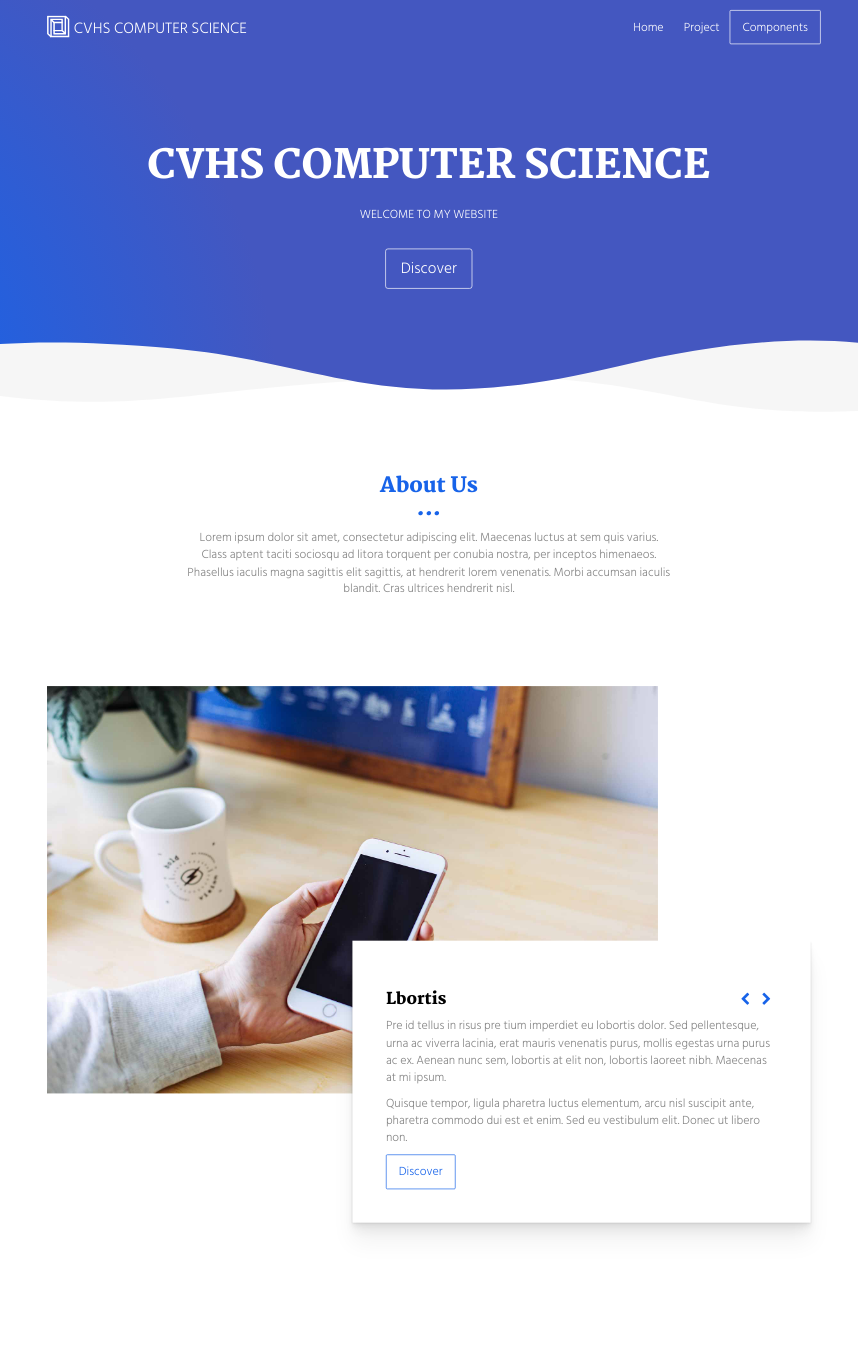
Repository: KevinBach02/KevinBach02.github.io
Page: index.html
The author's editor kept a record of every edit. The page is drawn from the files as they stood at one moment, then again after the next edit.
The browser window is 1280 px wide. The pictures show the whole page, at 67% of full size.

Above is the page before.

### index.html
<!DOCTYPE html>
<html lang="en">

<head>
  <meta charset="UTF-8">
  <meta content="IE=edge" http-equiv="X-UA-Compatible">
  <meta content="width=device-width,initial-scale=1" name="viewport">
  <meta content="description" name="description">
  <meta name="google" content="notranslate" />
  <meta content="Mashup templates have been developped by Orson.io team" name="author">

  <!-- Disable tap highlight on IE -->
  <meta name="msapplication-tap-highlight" content="no">


  <link rel="apple-touch-icon" sizes="180x180" href="./assets/apple-icon-180x180.png">
  <link href="./assets/favicon.ico" rel="icon">

  <link href="" rel="stylesheet">


  <title>Title page</title>

<link href="./main.550dcf66.css" rel="stylesheet"></head>

<body> <!-- Add your content of header -->
<header>
  <nav class="navbar navbar-default active">
    <div class="container">
      <div class="navbar-header">
        <button type="button" class="navbar-toggle collapsed" data-toggle="collapse" data-target="#navbar-collapse" aria-expanded="false">
          <span class="sr-only">Toggle navigation</span>
          <span class="icon-bar"></span>
          <span class="icon-bar"></span>
          <span class="icon-bar"></span>
        </button>
        <a class="navbar-brand" href="./index.html" title="">
          <img src="./assets/images/mashup-icon.svg" class="navbar-logo-img" alt="">
          CVHS COMPUTER SCIENCE
        </a>
      </div>

      <div class="collapse navbar-collapse" id="navbar-collapse">
        <ul class="nav navbar-nav navbar-right">
          <li><a href="./index.html" title="">Home</a></li>
          <li><a href="./project.html" title="">Project</a></li>
          <li>
            <p>
              <a href="./components.html" class="btn btn-default navbar-btn" title="">Components</a>
            </p>
          </li>

        </ul>
      </div>
    </div>
  </nav>
</header>

<!-- Add your site or app content here -->
  <div class="hero-full-container background-image-container white-text-container">
    <div class="container">
      <div class="row">
        <div class="col-xs-12">
          <h1>CVHS COMPUTER SCIENCE</h1>
          <p>WELCOME TO MY WEBSITE</p>
          <br>
          <a href="./project.html" class="btn btn-default btn-lg" title="">Discover</a>
        </div>
      </div>
    </div>
  </div>

  <div class="section-container">
    <div class="container">
      <div class="row">
        <div class="col-xs-12 col-md-8 col-md-offset-2">
          <div class="text-center">
            <h2>About Us</h2>
            <p>Lorem ipsum dolor sit amet, consectetur adipiscing elit. Maecenas luctus at sem quis varius.
            <br>
            Class aptent taciti sociosqu ad litora torquent per conubia nostra, per inceptos himenaeos. Phasellus iaculis magna sagittis elit sagittis, at hendrerit lorem venenatis. Morbi accumsan iaculis blandit. Cras ultrices hendrerit nisl.</p>
          </div>
       </div>
      </div>
    </div>
  </div>

  <div class="section-container">
    <div class="container">
      <div class="row">
          <div class="col-xs-12">


            <div id="carousel-example-generic" class="carousel carousel-fade slide" data-ride="carousel">

                <div class="carousel-inner" role="listbox">

                    <div class="item active">
                        <img class="img-responsive" src="./assets/images/img-06.jpg" alt="First slide">
                        <div class="carousel-caption card-shadow reveal">

                          <h3>Moon</h3>
                          <a class="left carousel-control" href="#carousel-example-generic" role="button" data-slide="prev">
                            <i class="fa fa-chevron-left" aria-hidden="true"></i>
                            <span class="sr-only">Previous</span>
                          </a>
                          <a class="right carousel-control" href="#carousel-example-generic" role="button" data-slide="next">
                            <i class="fa fa-chevron-right" aria-hidden="true"></i>
                            <span class="sr-only">Next</span>
                          </a>
                          <p>
                            Sed id tellus in risus pre
                            tium imperdiet eu lobortis dolor. Sed pellentesque, urna ac viverra lacinia, erat mauris venenatis purus, mollis egestas urna purus ac ex.
                            Aenean nunc sem, lobortis at elit non, lobortis laoreet nibh. Maecenas at mi ipsum.
                          </p>

                          <p>
                            Quisque tempor, ligula pharetra luctus elementum, arcu nisl suscipit ante, pharetra commodo dui est et enim. Sed eu vestibulum elit. Donec ut libero non.
                          </p>
                          <a href="./project.html" class="btn btn-primary" title="">
                            Discover
                          </a>
                        </div>
                    </div>
                    <div class="item">
                        <img class="img-responsive" src="./assets/images/img-07.jpg" alt="First slide">
                        <div class="carousel-caption card-shadow reveal">

                          <h3>Lbortis</h3>
                            <a class="left carousel-control" href="#carousel-example-generic" role="button" data-slide="prev">
                              <i class="fa fa-chevron-left" aria-hidden="true"></i>
                              <span class="sr-only">Previous</span>
                            </a>
                            <a class="right carousel-control" href="#carousel-example-generic" role="button" data-slide="next">
                              <i class="fa fa-chevron-right" aria-hidden="true"></i>
                              <span class="sr-only">Next</span>
                            </a>
                          <p>
                            Pre id tellus in risus pre
                            tium imperdiet eu lobortis dolor. Sed pellentesque, urna ac viverra lacinia, erat mauris venenatis purus, mollis egestas urna purus ac ex.
                            Aenean nunc sem, lobortis at elit non, lobortis laoreet nibh. Maecenas at mi ipsum.
                          </p>

                          <p>
                            Quisque tempor, ligula pharetra luctus elementum, arcu nisl suscipit ante, pharetra commodo dui est et enim. Sed eu vestibulum elit. Donec ut libero non.
                          </p>
                          <a href="./project.html" class="btn btn-primary" title="">
                            Discover
                          </a>
                        </div>
                    </div>
                </div>

            </div>


          </div>

        </div>

    </div>
  </div>

  <div class="section-container">
    <div class="container text-center">
      <div class="row section-container-spacer">
        <div class="col-xs-12 col-md-12">

<script>
  document.addEventListener("DOMContentLoaded", function (event) {
    navbarFixedTopAnimation();
  });
</script>

<script>
  document.addEventListener("DOMContentLoaded", function (event) {
    navActivePage();
    scrollRevelation('.reveal');
  });
</script>

<!-- Google Analytics: change UA-XXXXX-X to be your site's ID

<script>
  (function (i, s, o, g, r, a, m) {
    i['GoogleAnalyticsObject'] = r; i[r] = i[r] || function () {
      (i[r].q = i[r].q || []).push(arguments)
    }, i[r].l = 1 * new Date(); a = s.createElement(o),
      m = s.getElementsByTagName(o)[0]; a.async = 1; a.src = g; m.parentNode.insertBefore(a, m)
  })(window, document, 'script', '//www.google-analytics.com/analytics.js', 'ga');
  ga('create', 'UA-XXXXX-X', 'auto');
  ga('send', 'pageview');
</script>

--> <script type="text/javascript" src="./main.0cf8b554.js"></script></body>

</html>

Loaded but not shown: main.550dcf66.css (library); main.0cf8b554.js (library)

After the next edit:
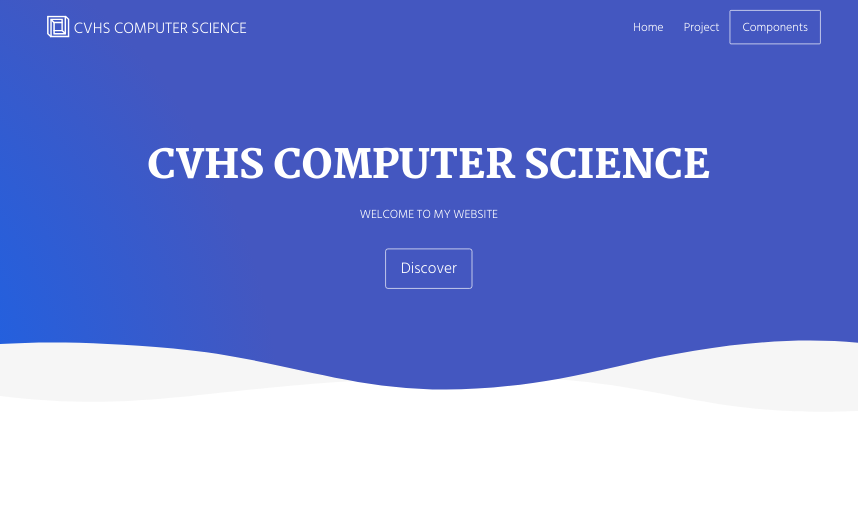
The edit:
--- a/index.html
+++ b/index.html
@@ -71,97 +71,6 @@
   </div>
 
   <div class="section-container">
-    <div class="container">
-      <div class="row">
-        <div class="col-xs-12 col-md-8 col-md-offset-2">
-          <div class="text-center">
-            <h2>About Us</h2>
-            <p>Lorem ipsum dolor sit amet, consectetur adipiscing elit. Maecenas luctus at sem quis varius.
-            <br>
-            Class aptent taciti sociosqu ad litora torquent per conubia nostra, per inceptos himenaeos. Phasellus iaculis magna sagittis elit sagittis, at hendrerit lorem venenatis. Morbi accumsan iaculis blandit. Cras ultrices hendrerit nisl.</p>
-          </div>
-       </div>
-      </div>
-    </div>
-  </div>
-
-  <div class="section-container">
-    <div class="container">
-      <div class="row">
-          <div class="col-xs-12">
-
-
-            <div id="carousel-example-generic" class="carousel carousel-fade slide" data-ride="carousel">
-
-                <div class="carousel-inner" role="listbox">
-
-                    <div class="item active">
-                        <img class="img-responsive" src="./assets/images/img-06.jpg" alt="First slide">
-                        <div class="carousel-caption card-shadow reveal">
-
-                          <h3>Moon</h3>
-                          <a class="left carousel-control" href="#carousel-example-generic" role="button" data-slide="prev">
-                            <i class="fa fa-chevron-left" aria-hidden="true"></i>
-                            <span class="sr-only">Previous</span>
-                          </a>
-                          <a class="right carousel-control" href="#carousel-example-generic" role="button" data-slide="next">
-                            <i class="fa fa-chevron-right" aria-hidden="true"></i>
-                            <span class="sr-only">Next</span>
-                          </a>
-                          <p>
-                            Sed id tellus in risus pre
-                            tium imperdiet eu lobortis dolor. Sed pellentesque, urna ac viverra lacinia, erat mauris venenatis purus, mollis egestas urna purus ac ex.
-                            Aenean nunc sem, lobortis at elit non, lobortis laoreet nibh. Maecenas at mi ipsum.
-                          </p>
-
-                          <p>
-                            Quisque tempor, ligula pharetra luctus elementum, arcu nisl suscipit ante, pharetra commodo dui est et enim. Sed eu vestibulum elit. Donec ut libero non.
-                          </p>
-                          <a href="./project.html" class="btn btn-primary" title="">
-                            Discover
-                          </a>
-                        </div>
-                    </div>
-                    <div class="item">
-                        <img class="img-responsive" src="./assets/images/img-07.jpg" alt="First slide">
-                        <div class="carousel-caption card-shadow reveal">
-
-                          <h3>Lbortis</h3>
-                            <a class="left carousel-control" href="#carousel-example-generic" role="button" data-slide="prev">
-                              <i class="fa fa-chevron-left" aria-hidden="true"></i>
-                              <span class="sr-only">Previous</span>
-                            </a>
-                            <a class="right carousel-control" href="#carousel-example-generic" role="button" data-slide="next">
-                              <i class="fa fa-chevron-right" aria-hidden="true"></i>
-                              <span class="sr-only">Next</span>
-                            </a>
-                          <p>
-                            Pre id tellus in risus pre
-                            tium imperdiet eu lobortis dolor. Sed pellentesque, urna ac viverra lacinia, erat mauris venenatis purus, mollis egestas urna purus ac ex.
-                            Aenean nunc sem, lobortis at elit non, lobortis laoreet nibh. Maecenas at mi ipsum.
-                          </p>
-
-                          <p>
-                            Quisque tempor, ligula pharetra luctus elementum, arcu nisl suscipit ante, pharetra commodo dui est et enim. Sed eu vestibulum elit. Donec ut libero non.
-                          </p>
-                          <a href="./project.html" class="btn btn-primary" title="">
-                            Discover
-                          </a>
-                        </div>
-                    </div>
-                </div>
-
-            </div>
-
-
-          </div>
-
-        </div>
-
-    </div>
-  </div>
-
-  <div class="section-container">
     <div class="container text-center">
       <div class="row section-container-spacer">
         <div class="col-xs-12 col-md-12">
